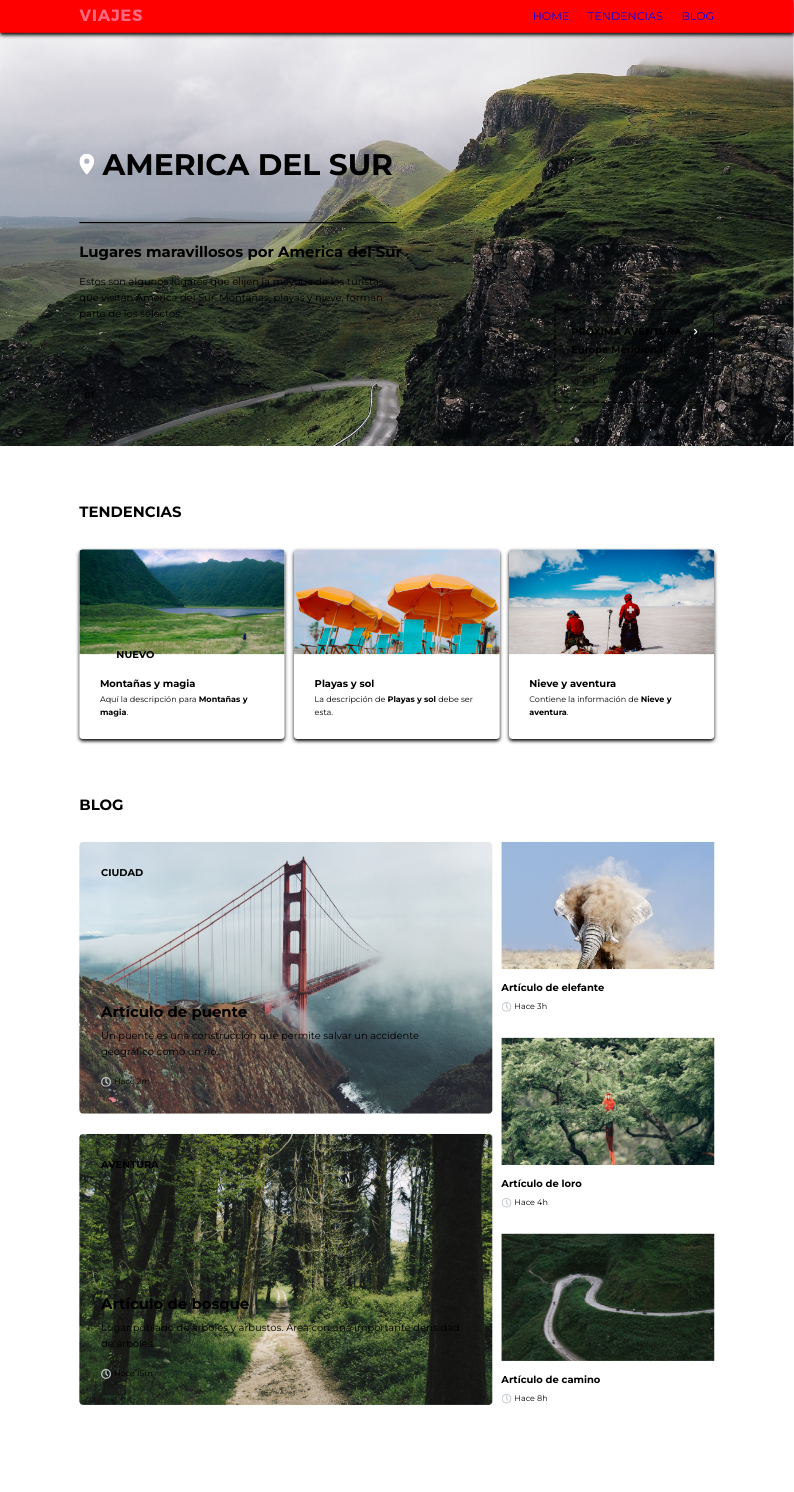
Repository: agustin-mesa/viajes
Page: /
An editor plug-in stored every save of this project. The page is shown before and after the next save, followed by the edit.
The browser window is 1280 px wide. The pictures show the whole page, at 62% of full size.
The project was rebuilt for these pictures with package versions that can differ from the ones it lists, and the page was loaded fresh each time. Also part of the build but not shown: src/components/styles/colors.module.scss.

Above is the page before, as saved 2021-11-14 02:22:30.

### public/index.html
<!DOCTYPE html>
<html lang="es">
  <head>
    <meta name="author" content="Mauro Agustín Mesa" />
    <meta charset="utf-8" />
    <meta name="viewport" content="width=device-width, initial-scale=1" />
    <meta name="theme-color" content="#000000" />
    <meta
      name="description"
      content="Web site created using create-react-app"
    />
    <title>React App</title>
  </head>
  <body>
    <noscript>You need to enable JavaScript to run this app.</noscript>
    <div id="root"></div>
  </body>
</html>

### src/index.js
import React from "react";
import ReactDOM from "react-dom";
import App from "./App";
import "./index.css";

const Index = () => {
  return <App />;
};

ReactDOM.render(<Index />, document.getElementById("root"));

### src/App.js
import React from "react";
import Header from "./components/Header";
import Home from "./pages/Home";
import Tendencias from "./pages/Tendencias";
import Blog from "./pages/Blog";
import Footer from "./components/Footer";

const App = () => {
  return (
    <>
      <Header />
      <Home />
      <Tendencias />
      <Blog />
      <Footer />
    </>
  );
};

export default App;

### src/index.css
@import url("https://fonts.googleapis.com/css2?family=Montserrat:wght@100;200;300;400;500;600;700&display=swap");
@import url("https://fonts.googleapis.com/css2?family=Montserrat:wght@100;200;300;400;500;600;700&family=Open+Sans:wght@400;500;600;700&display=swap");

* {
  margin: 0;
  padding: 0;
  list-style: none;
  text-decoration: none;
  border: none;
  outline: none;
  scroll-behavior: smooth;
}

body {
  margin: 0;
  -webkit-font-smoothing: antialiased;
  -moz-osx-font-smoothing: grayscale;
  font-family: "Montserrat", "Open Sans", sans-serif;
}

code {
  font-family: source-code-pro, Menlo, Monaco, Consolas, "Courier New",
    monospace;
}

@media only screen and (max-width: 800px) {
  #root {
    font-size: 14px;
  }
}

### src/components/Header.js
import React, { useState } from "react";
import { useMediaQuery } from "react-responsive";
import styled, { keyframes } from "styled-components";

// Colors
import * as colors from "./styles/colors.module.scss";

// LOGO
import logo from "../Assets/logo/logo_01.svg";

// Iconos
import icHamburguer from "../Assets/iconos/hamburguer_menu.svg";
import icTimesExit from "../Assets/iconos/times_exit.svg";

const Header = () => {
  const [hamburguerMenu, changeHamburguerMenu] = useState(false);

  const isTabletOrMobile = useMediaQuery({ query: "(max-width: 764px)" });

  return (
    <ContainerHeader>
      <nav>
        <div className="nav__logo">
          <a href="#home">
            <img src={logo} alt="Viajes" />
          </a>
        </div>

        <div className="nav__menu">
          {isTabletOrMobile && (
            <img
              src={!hamburguerMenu ? icHamburguer : icTimesExit}
              alt=""
              onClick={() => changeHamburguerMenu(!hamburguerMenu)}
            />
          )}
          {hamburguerMenu && (
            <div
              className="bgAction"
              onClick={() => changeHamburguerMenu(!hamburguerMenu)}
            ></div>
          )}

          <ul
            className={`nav__list ${
              isTabletOrMobile && `${!hamburguerMenu && "off"}`
            }`}
          >
            <li>
              <a href="#home">HOME</a>
            </li>
            <li>
              <a href="#tendencias">TENDENCIAS</a>
            </li>
            <li>
              <a href="#blog">BLOG</a>
            </li>
          </ul>
        </div>
      </nav>
    </ContainerHeader>
  );
};

const showMenu = keyframes`
  0%{
    opacity: 0;
  }
  100%{
    opacity:1;
  }
`;

const ContainerHeader = styled.header`
  position: fixed;
  top: 0;
  left: 0;
  right: 0;
  z-index: 999;
  background: red;
  background: ${colors.white};
  box-shadow: 0px 3px 6px ${colors.blackOpac};
  nav {
    display: flex;
    flex-direction: row;
    justify-content: space-between;
    align-items: center;
    padding: 15px 10%;
  }
  .header__logo a img {
    width: 100px;
  }
  .nav__list {
    display: flex;
    flex-direction: row;
    justify-content: flex-end;
    align-items: center;
  }
  .nav__list li a {
    padding: 15px 15px;
    font: normal normal normal 1.125em/0.8125em Montserrat;
    color: ${colors.blueRelax};
    transition: all 0.2s ease;
  }
  .nav__list li a:hover {
    color: ${colors.darkblue};
  }
  .nav__list li:last-child a {
    padding: 15px 0 15px 15px;
  }

  @media only screen and (max-width: 768px) {
    nav .nav__logo a img {
      width: 80px;
    }
    .nav__menu img {
      position: fixed;
      top: 15px;
      right: 10%;
      z-index: 999;
    }
    .nav__menu .bgAction {
      position: fixed;
      top: 0;
      bottom: 0;
      left: 0;
      right: 0;
      background: ${colors.darkblueOpac};
      animation: ${showMenu} 0.5s ease;
    }
    .nav__list {
      position: fixed;
      top: 0;
      bottom: 0;
      right: 0;
      width: 60%;
      background: ${colors.white};
      flex-direction: column;
      justify-content: flex-start;
      animation: ${showMenu} 0.5s ease;
      align-items: flex-start;
      padding: 70px 0 0;
    }
    .nav__list li {
      padding: 10px;
      width: 100%;
    }
    .nav__list li a {
      padding: 10px;
      color: ${colors.darkblue};
      font: normal normal normal 1.2em/0.9em Montserrat;
    }
    .nav__list li:last-child a {
      padding: 10px;
    }
    .off {
      display: none;
    }
  }
`;

export default Header;

### src/pages/Home.js
import React from "react";
import styled from "styled-components";

import * as colors from "../components/styles/colors.module.scss";

// IMG
import viajesHero from "../Assets/img/Viajes_Hero.jpg";
import icPin from "../Assets/iconos/ic_pin.svg";
import icArrow from "../Assets/iconos/arrow.svg";

// Importo etiquetas default con estilos propios
import { Parrafo, Span, H3, H5 } from "../components/styles/stylesDefault";

const Home = () => {
  return (
    <ContainerHome id="home">
      <HeroWrapper>
        <div className="hero__title">
          <h1>
            <img src={icPin} alt="Pin" /> AMERICA DEL SUR
          </h1>
          <hr />
          <H3 color="white">Lugares maravillosos por America del Sur</H3>
          <Parrafo>
            Estos son algunos lugares que elijen la mayoría de los turistas que
            visitan America del Sur. Montañas, playas y nieve, forman parte de
            los selectos.
          </Parrafo>
        </div>
        <div className="hero__info">
          <H5>
            PRÓXIMA AVENTURA <img src={icArrow} alt="Arrow" />
          </H5>
          <Span color="white">Europa Meridional</Span>
          <p>
            Forman parte veinte países. <br />
            ej. España, Francia, etc.
          </p>
        </div>
      </HeroWrapper>
      <div className="slider">
        <span>01</span>
      </div>
    </ContainerHome>
  );
};

const ContainerHome = styled.div`
  width: 100%;
  height: 100vh;
  background-image: url(${viajesHero});
  background-size: cover;
  background-position: center;

  .slider {
    position: absolute;
    width: 13%;
    bottom: 60px;
    display: flex;
    align-items: center;
    justify-content: flex-end;
    z-index: 1;
    span {
      display: flex;
      align-items: center;
      justify-content: center;
      width: 45px;
      height: 45px;
      background: ${colors.white};
      border-radius: 50px;
      font: normal normal bold 0.875em/1.375em Montserrat;
    }
    span::after {
      content: "";
      position: absolute;
      width: 70px;
      height: 70px;
      background: ${colors.whiteOpac};
      border-radius: 50px;
      z-index: -2;
    }
    span::before {
      content: "";
      position: absolute;
      left: 0;
      width: 100%;
      height: 5px;
      background: ${colors.pink};
      z-index: -1;
    }
  }
  @media only screen and (max-width: 920px) {
    .slider {
      width: 20%;
    }
  }
  @media only screen and (max-width: 480px) {
    .slider span {
      width: 35px;
      height: 35px;
    }
    .slider span::after {
      width: 50px;
      height: 50px;
    }
  }
`;

const HeroWrapper = styled.div`
  position: absolute;
  top: 0;
  bottom: 0;
  left: 10%;
  right: 10%;
  display: flex;
  align-items: center;

  .hero__title {
    display: flex;
    align-items: flex-start;
    justify-content: center;
    flex-direction: column;
    color: ${colors.white};
  }

  .hero__title h1 {
    font: normal normal bold 3em/2.625em Montserrat;
  }
  .hero__title hr {
    width: 50%;
    border-bottom: 2px solid ${colors.white};
    margin: 30px 0 20px;
    background: ${colors.white};
  }

  .hero__info {
    position: absolute;
    right: 0;
    bottom: 70px;
    background: ${colors.darkblueOpac} 0% 0% no-repeat padding-box;
    border: 2px dashed ${colors.whiteOpac};
    border-radius: 6px;
    padding: 25px;
  }

  .hero__info p {
    font: normal normal 300 0.875em/1.375em Montserrat;
    color: ${colors.white};
    margin: 10px 0 0;
  }

  @media only screen and (max-width: 800px) {
    .hero__info {
      display: none;
    }
    .hero__title p {
      width: 80%;
    }
    .hero__title hr {
      width: 85%;
    }
  }
  @media only screen and (max-width: 650px) {
    .hero__info,
    .hero__title p {
      display: none;
    }
    .hero__title hr {
      width: 85%;
    }
  }
  @media only screen and (max-width: 580px) {
    .hero__title h1 {
      font: normal normal bold 1.7em/3em Montserrat;
    }
    .hero__title h1 img {
      width: 12px;
    }
    .hero__title h3 {
      font: normal normal bold 1.4em/2.4em Montserrat;
    }
    .hero__title hr {
      width: 100%;
      margin: 15px 0 20px;
    }
  }
`;

export default Home;

### src/pages/Tendencias.js
import React from "react";
import styled from "styled-components";

// Colors
import * as colors from "../components/styles/colors.module.scss";

// IMG
import card01 from "../Assets/img/card_01.png";
import card02 from "../Assets/img/card_02.png";
import card03 from "../Assets/img/card_03.png";

// Importo etiquetas default con estilos propios
import { H3 } from "../components/styles/stylesDefault";

// Components
import TendenciaItem from "../components/TendenciaItem";

const Tendencias = () => {
  // Simulo una base de datos para luego imprimir cada CARD.
  // Aunque también se podría hacer manualmente usando el componente
  // TendenciaItem y usar sus props, pero la manera más eficiente es el de
  // simular una base de datos; tranquilamente se muestra cada CARD con tan solo
  // agregar un objeto más dentro del array.
  const tendencias = [
    {
      src: card01,
      isNew: true,
      titulo: "Montañas y magia",
      descripcion: (
        <>
          Aquí la descripción para <b>Montañas y magia</b>.
        </>
      ),
    },
    {
      src: card02,
      isNew: false,
      titulo: "Playas y sol",
      descripcion: (
        <>
          La descripción de <b>Playas y sol</b> debe ser esta.
        </>
      ),
    },
    {
      src: card03,
      isNew: false,
      titulo: "Nieve y aventura",
      descripcion: (
        <>
          Contiene la información de <b>Nieve y aventura</b>.
        </>
      ),
    },
  ];

  return (
    <ContainerTendencias id="tendencias">
      <div className="tendencias">
        <div className="tendencias__header">
          <H3 color="darkblue">TENDENCIAS</H3>
        </div>
        <div className="tendencias__body">
          {tendencias.map((tendencia, i) => {
            return (
              <TendenciaItem
                src={tendencia.src}
                nuevo={tendencia.isNew}
                titulo={tendencia.titulo}
                descripcion={tendencia.descripcion}
                key={i}
              />
            );
          })}
        </div>
      </div>
    </ContainerTendencias>
  );
};

const ContainerTendencias = styled.section`
  padding: 80px 10%;
  background: ${colors.grey};

  .tendencias__body {
    display: grid;
    grid-template-columns: repeat(3, 1fr);
    grid-template-rows: auto;
    row-gap: 40px;
    -moz-column-gap: 15px;
    column-gap: 15px;

    margin: 35px 0 0;

    div:last-child {
      margin: 0;
    }
  }
  .tendencias__header {
    width: 100%;
  }

  @media only screen and (max-width: 800px) {
    .tendencias__body {
      grid-template-columns: repeat(2, 1fr);
      .tendencia-item:nth-child(3) {
        display: none;
      }
    }
  }
  @media only screen and (max-width: 600px) {
    .tendencias__body {
      grid-template-columns: repeat(1, 1fr);
      .tendencia-item:nth-child(2) {
        display: none;
      }
    }
  }
`;

export default Tendencias;

### src/pages/Blog.js
import React from "react";
import styled from "styled-components";

// Colors
import * as colors from "../components/styles/colors.module.scss";

// IMG
import artBig01 from "../Assets/img/articulo_big_01.png";
import artBig02 from "../Assets/img/articulo_big_02.png";
import artSmall01 from "../Assets/img/articulo_small_01.png";
import artSmall02 from "../Assets/img/articulo_small_02.png";
import artSmall03 from "../Assets/img/articulo_small_03.png";

// Importo etiquetas default con estilos propios
import { H3 } from "../components/styles/stylesDefault";

// Components
import BigNewItem from "../components/BigNewItem";
import SmallNewItem from "../components/SmallNewItem";

const Blog = () => {
  const articulosBig = [
    {
      src: artBig01,
      tipo: "CIUDAD",
      titulo: "Artículo de puente",
      descripcion:
        "Un puente es una construcción que permite salvar un accidente geográfico como un río.",
      time: "2m",
    },
    {
      src: artBig02,
      tipo: "AVENTURA",
      titulo: "Artículo de bosque",
      descripcion:
        "Lugar poblado de árboles y arbustos. Área con una importante densidad de árboles.",
      time: "15m",
    },
  ];

  const articulosSmall = [
    {
      src: artSmall01,
      titulo: "Artículo de elefante",
      time: "3h",
    },
    {
      src: artSmall02,
      titulo: "Artículo de loro",
      time: "4h",
    },
    {
      src: artSmall03,
      titulo: "Artículo de camino",
      time: "8h",
    },
  ];

  return (
    <ContainerBlog id="blog">
      <div className="blog__header">
        <H3 color="darkblue">BLOG</H3>
      </div>
      <div className="blog__body">
        <div className="body__article">
          {articulosBig.map((articulo, i) => {
            return (
              <BigNewItem
                src={articulo.src}
                tipo={articulo.tipo}
                titulo={articulo.titulo}
                descripcion={articulo.descripcion}
                time={articulo.time}
                key={i}
              />
            );
          })}
        </div>
        <div className="body__article2">
          {articulosSmall.map((articulo, i) => {
            return (
              <SmallNewItem
                src={articulo.src}
                titulo={articulo.titulo}
                time={articulo.time}
                key={i}
              />
            );
          })}
        </div>
      </div>
    </ContainerBlog>
  );
};

const ContainerBlog = styled.section`
  position: relative;
  padding: 0 10% 40px;
  background: linear-gradient(180deg, ${colors.grey} 20%, ${colors.white} 0%);

  .blog__body {
    display: grid;
    grid-template-columns: 65% 1fr;
    grid-template-rows: auto;
    row-gap: 40px;
    -moz-column-gap: 15px;
    column-gap: 15px;
    margin: 35px 0 0;
  }
  .body__article {
    display: flex;
    flex-direction: column;
    width: 100%;
  }
  .body__article2 {
    display: grid;
    grid-template-rows: auto 1fr;
    row-gap: 40px;
  }
  article:last-child {
    margin: 0;
  }
  @media only screen and (max-width: 800px) {
    .blog__header {
      padding: 0 10%;
    }
    .blog__body {
      grid-template-columns: repeat(1, 1fr);
    }
    .body__article2 {
      display: none;
    }
  }
  @media only screen and (max-width: 600px) {
    & {
      padding: 0 0 60px;
    }
    .body__article {
      overflow: hidden;
    }
    .body__article article {
      overflow: hidden;
      height: 430px;
      display: flex;
      justify-content: center;
    }
  }
`;

export default Blog;

### src/components/Footer.js
import React from "react";
import styled from "styled-components";

// Colors
import * as colors from "../components/styles/colors.module.scss";

// IMG
import logo from "../Assets/logo/logo_02.svg";
import icFacebook from "../Assets/iconos/facebook.svg";
import icInstagram from "../Assets/iconos/instagram.svg";

const Footer = () => {
  return (
    <ContainerFooter>
      <div>
        <img src={logo} alt="Viajes" />
      </div>
      <div className="redes">
        <img src={icInstagram} alt="Instagram" />
        <img src={icFacebook} alt="Facebook" />
      </div>
    </ContainerFooter>
  );
};

const ContainerFooter = styled.footer`
  background: ${colors.darkblue};
  padding: 40px 10%;
  display: flex;
  align-items: center;
  justify-content: space-between;

  .redes img:first-child {
    margin: 0 20px;
  }
  @media only screen and (max-width: 600px) {
    & {
      padding: 30px 10%;
    }
  }
`;

export default Footer;

### src/components/styles/stylesDefault.js
import styled from "styled-components";

// Colors
import * as colors from "./colors.module.scss";

const Parrafo = styled.p`
  margin: 10px 0 0;
  font: normal normal normal 1em/1.625em Montserrat;
  width: 50%;
  color: ${colors.white};
`;

const H3 = styled.h3`
  font: normal normal bold 1.5em/2.125em Montserrat;
  color: ${(props) => {
    if (props.color === "white") return colors.white;
    if (props.color === "darkblue") return colors.darkblue;
  }};
`;

const H5 = styled.h5`
  font: normal normal bold 1em/1.25em Montserrat;
  color: ${colors.pink};
  margin: 0 0 10px;
  img {
    margin: 0 0 0 15px;
  }
`;

const Span = styled.span`
  font: normal normal bold 1em/1.25em Montserrat;
  color: ${(props) => {
    if (props.color === "white") return colors.white;
    if (props.color === "darkblue") return colors.darkblue;
  }};
`;

export { Parrafo, Span, H3, H5 };

### src/components/TendenciaItem.js
import React from "react";
import styled from "styled-components";

// Colors
import * as colors from "./styles/colors.module.scss";

import { Span } from "./styles/stylesDefault";

const TendenciaItem = ({ src, nuevo, titulo, descripcion }) => {
  return (
    <TenItem className="tendencia-item">
      <div className="tendencia-item__img">
        <img src={src} alt={titulo} />
      </div>
      <div className="tendencia-item__new">{nuevo && <span>NUEVO</span>}</div>
      <div className="tendencia-item__descrip">
        <Span color="darkblue">{titulo}</Span>
        <p>{descripcion}</p>
      </div>
    </TenItem>
  );
};

const TenItem = styled.div`
  background: ${colors.white} 0% 0% no-repeat padding-box;
  box-shadow: 0px 3px 6px ${colors.blackOpac};
  border-radius: 6px;
  margin: 0 16px 0 0;
  width: 100%;
  overflow: hidden;

  .tendencia-item__img img {
    width: 100%;
  }
  .tendencia-item__new {
    width: 100%;
    position: relative;
  }

  .tendencia-item__new span {
    position: absolute;
    top: -20px;
    left: 15%;
    background: ${colors.pink};
    border-radius: 6px;
    padding: 10px;
    font: normal normal bold 1em/0.8125em Montserrat;
    color: ${colors.white};
  }
  .tendencia-item__descrip {
    padding: 10%;
  }
  .tendencia-item__descrip p {
    font: normal normal normal 0.8125em/1.6em Montserrat;
    color: ${colors.greyBlue};
    margin: 5px 0 0;
  }
`;

export default TendenciaItem;

### src/components/BigNewItem.js
import React from "react";
import styled from "styled-components";

// Importo etiquetas default con estilos propios
import { Span, H3, Parrafo } from "../components/styles/stylesDefault";
import Time from "./Time";

const BigNewItem = ({ src, tipo, titulo, descripcion, time }) => {
  return (
    <NewItemBig>
      <img className="img__bg" src={src} alt={titulo} />
      <div className="newItem__info">
        <div className="info__header">
          <Span color="white">{tipo}</Span>
        </div>
        <div className="info__body">
          <H3 color="white">{titulo}</H3>
          <Parrafo>{descripcion}</Parrafo>
          <Time time={time} />
        </div>
      </div>
    </NewItemBig>
  );
};

const NewItemBig = styled.article`
  position: relative;
  border-radius: 6px;
  width: 100%;
  height: 100%;
  margin: 0 0 5%;

  .img__bg {
    width: 100%;
    max-width: 850px;
    height: 100%;
  }
  .newItem__info {
    position: absolute;
    top: 40px;
    left: 35px;
    right: 35px;
    bottom: 40px;
    display: flex;
    flex-direction: column;
    justify-content: space-between;
  }
  .info__body p {
    width: 100%;
    margin: 0 0 25px;
  }

  @media only screen and (max-width: 600px) {
    .img__bg {
      width: auto;
    }
  }

  @media only screen and (max-width: 530px) {
    .info__body p {
      display: none;
    }
  }
`;

export default BigNewItem;

### src/components/SmallNewItem.js
import React from "react";
import styled from "styled-components";

// Importo etiquetas default con estilos propios
import { Span } from "../components/styles/stylesDefault";

// Components
import Time from "./Time";

const SmallNewItem = ({ src, titulo, time }) => {
  return (
    <NewItemSmall>
      <img className="img__bg" src={src} alt={titulo} />
      <Span className="titulo" color="darkblue">
        {titulo}
      </Span>
      <Time time={time} />
    </NewItemSmall>
  );
};

const NewItemSmall = styled.article`
  display: flex;
  align-items: start;
  justify-content: center;
  flex-direction: column;
  span.titulo {
    margin: 20px 0 10px;
  }
  .img__bg {
    width: 100%;
  }
`;

export default SmallNewItem;

### src/components/Time.js
import React from "react";
import styled from "styled-components";

// Colors
import * as colors from "./styles/colors.module.scss";

// IMG
import icTime from "../Assets/iconos/time.svg";

const Time = ({ time }) => {
  return (
    <Timer>
      <img src={icTime} alt="Time" /> Hace {time}
    </Timer>
  );
};

const Timer = styled.span`
  display: flex;
  align-items: center;
  font: normal normal normal 0.8125em/1.625em Montserrat;
  color: ${colors.blueRelax};
  img {
    margin: 0 5px 0 0;
  }
`;
export default Time;

After the next save:
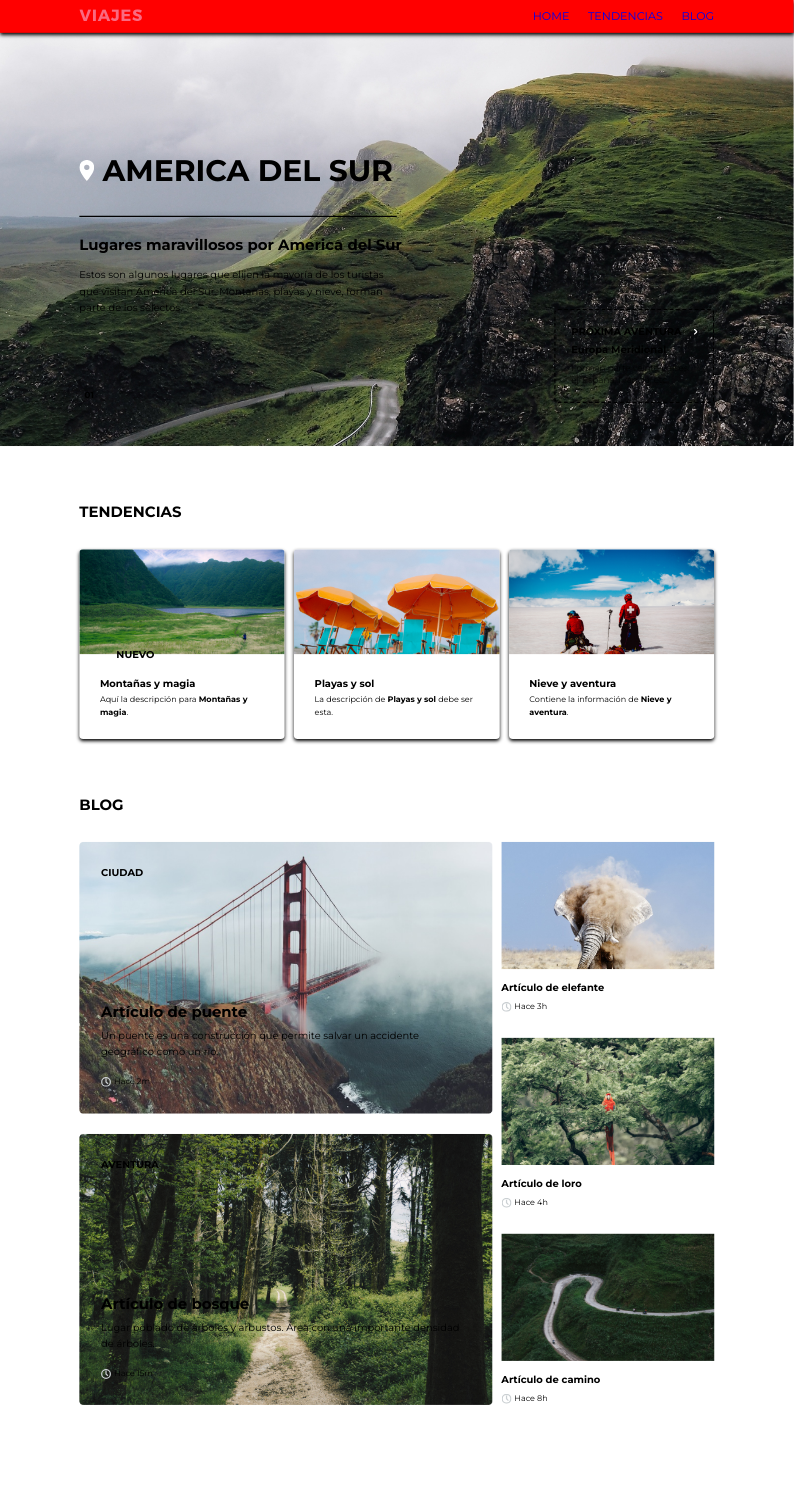
Saved 69 s later.
--- a/src/pages/Home.js
+++ b/src/pages/Home.js
@@ -129,7 +129,7 @@ const HeroWrapper = styled.div`
   .hero__title hr {
     width: 50%;
     border-bottom: 2px solid ${colors.white};
-    margin: 30px 0 20px;
+    margin: 10px 0 20px;
     background: ${colors.white};
   }
 
